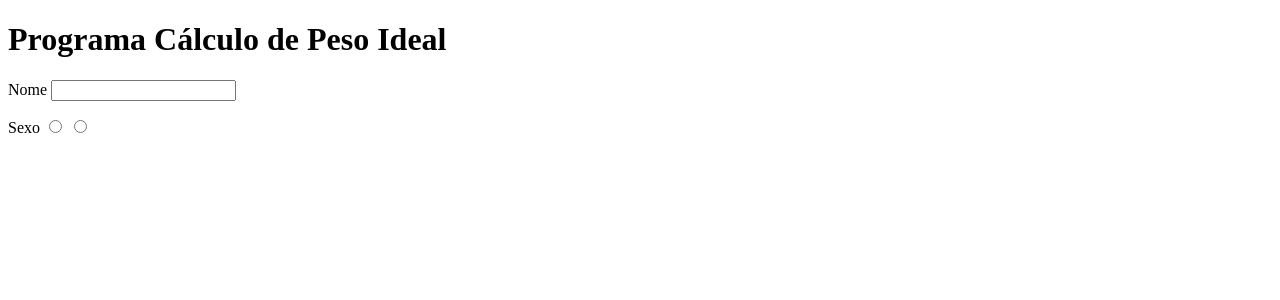
Repository: JhonMercedes/Javascript-book
Page: cap3/ex3_2.html
These files come from the project's save history. The page is drawn as it stood at one moment and after the next save; the edit follows.
The browser window is 1280 px wide. The pictures show the whole page.

Above is the page before, as saved 2021-12-11 23:26:04.

### cap3/ex3_2.html
<!DOCTYPE html>
<html lang="en">
<head>
    <meta charset="UTF-8">
    <meta http-equiv="X-UA-Compatible" content="IE=edge">
    <meta name="viewport" content="width=device-width, initial-scale=1.0">
    <title>Exemplo 3.2</title>
</head>
<body>

    <h1>Programa Cálculo de Peso Ideal</h1>
    <p>Nome
        <input type="text" id="inNome">
    </p>
    <p>Sexo
        <input type="radio" name="sexo" id="inFem" value="Femenino">
        <input type="radio" name="sexo" id="inMasc">
    </p>

</body>
</html>

After the next save:
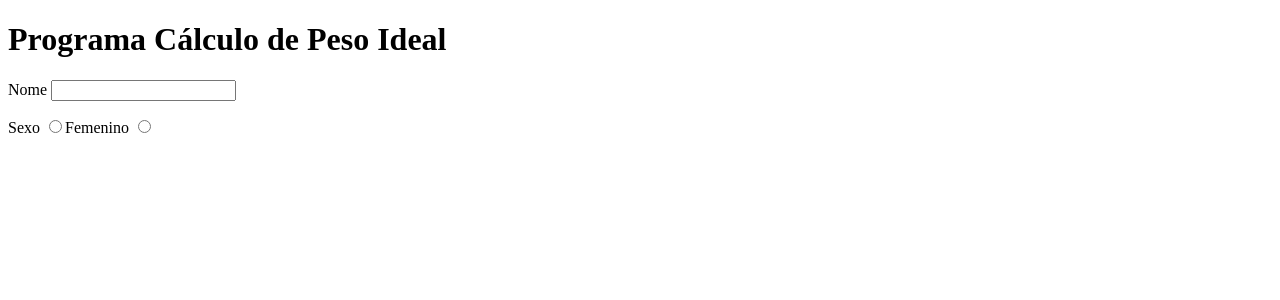
Saved 20 s later.
--- a/cap3/ex3_2.html
+++ b/cap3/ex3_2.html
@@ -13,7 +13,7 @@
         <input type="text" id="inNome">
     </p>
     <p>Sexo
-        <input type="radio" name="sexo" id="inFem" value="Femenino">
+        <input type="radio" name="sexo" id="inFem" >Femenino
         <input type="radio" name="sexo" id="inMasc">
     </p>
 
